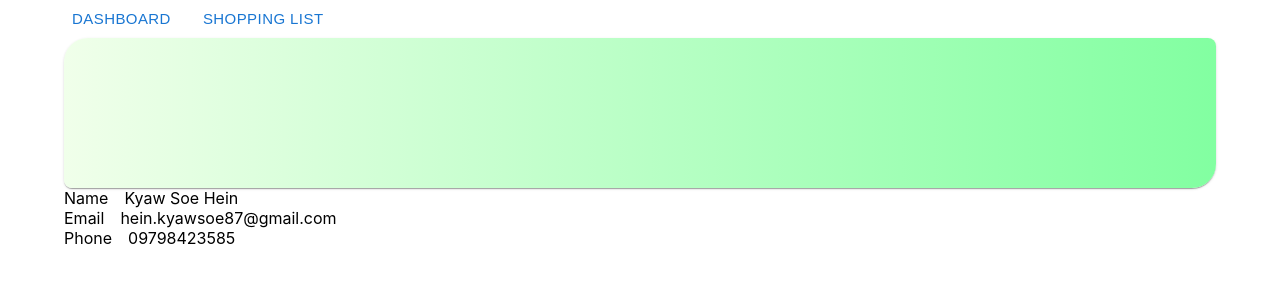
Repository: KyawSoeHein/GoogleAuthReact
Page: /
These files come from the project's save history. The page is drawn as it stood at one moment and after the next save; the edit follows.
The browser window is 1280 px wide. The pictures show the whole page.
The project was rebuilt for these pictures with package versions that can differ from the ones it lists, and the page was loaded fresh each time. Also part of the build but not shown: src/App.css.

Above is the page before, as saved 2022-02-14 19:24:48.

### src/index.tsx
import React from "react";
import ReactDOM from "react-dom";
import "./index.css";
import App from "./App";
import Dashboard from "./View/Dashboard";
import reportWebVitals from "./reportWebVitals";

ReactDOM.render(
  <React.StrictMode>
    <Dashboard />
  </React.StrictMode>,
  document.getElementById("root")
);

// If you want to start measuring performance in your app, pass a function
// to log results (for example: reportWebVitals(console.log))
// or send to an analytics endpoint. Learn more: https://bit.ly/CRA-vitals
reportWebVitals();

### src/View/Dashboard.tsx
import React from "react";
import { Container, Grid, Stack } from "@mui/material";
import MenuSelection from "../Components/MenuSelection";
import CoverAndProfilePhoto from "../Components/CoverAndProfilePhoto";

const Dashboard = () => {
  return (
    <Grid>
      <Container>
        <MenuSelection />

        <CoverAndProfilePhoto />

        <Stack direction={"row"} spacing={2}>
          <div>Name</div>
          <div>Kyaw Soe Hein</div>
        </Stack>

        <Stack direction={"row"} spacing={2}>
          <div>Email</div>
          <div>hein.kyawsoe87@gmail.com</div>
        </Stack>

        <Stack direction={"row"} spacing={2}>
          <div>Phone</div>
          <div>09798423585</div>
        </Stack>
      </Container>
    </Grid>
  );
};

export default Dashboard;

### src/Components/MenuSelection.tsx
import React from "react";
import { Button, Stack } from "@mui/material";
import "../App.css";

const MenuSelection = () => {
  const buttonFontSize = 15;

  return (
    <Stack direction={"row"} spacing={2}>
      <Button sx={{ fontSize: buttonFontSize, fontFamily: "sans-serif" }}>
        Dashboard
      </Button>
      <Button sx={{ fontSize: buttonFontSize, fontFamily: "sans-serif" }}>
        Shopping List
      </Button>
    </Stack>
  );
};

export default MenuSelection;

### src/Components/CoverAndProfilePhoto.tsx
import React from "react";
import { Button, Paper, Stack } from "@mui/material";
import "../App.css";

const CoverAndProfilePhoto = () => {
  return (
    <Paper
      elevation={1}
      sx={{
        height: 150,
        borderTopRightRadius: 8,
        borderTopLeftRadius: 24,
        borderBottomLeftRadius: 8,
        borderBottomRightRadius: 24,
        background: "linear-gradient(to right, rgb(240,299,234), #82ffa1)",
      }}
    ></Paper>
  );
};

export default CoverAndProfilePhoto;

Loaded but not shown: public/index.html (common file); src/index.css (common file); src/reportWebVitals.ts (common file)

After the next save:
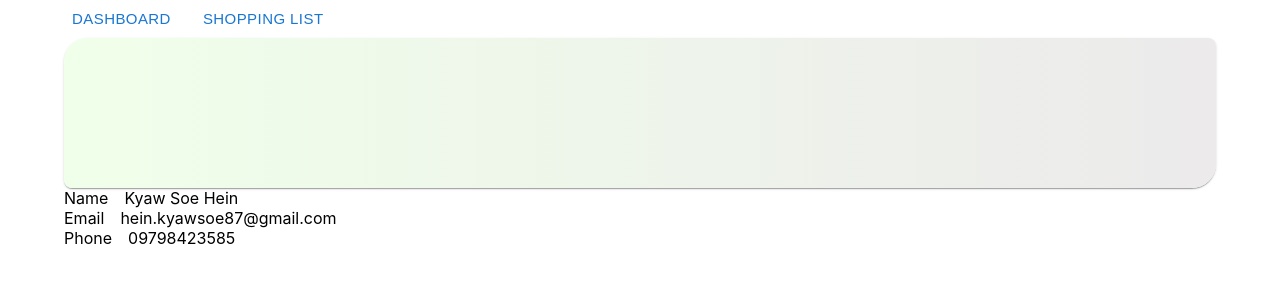
Saved 26 s later.
--- a/src/Components/CoverAndProfilePhoto.tsx
+++ b/src/Components/CoverAndProfilePhoto.tsx
@@ -12,7 +12,8 @@ const CoverAndProfilePhoto = () => {
         borderTopLeftRadius: 24,
         borderBottomLeftRadius: 8,
         borderBottomRightRadius: 24,
-        background: "linear-gradient(to right, rgb(240,299,234), #82ffa1)",
+        background:
+          "linear-gradient(to right, rgb(240,299,234), rgb(236,234,235))",
       }}
     ></Paper>
   );
